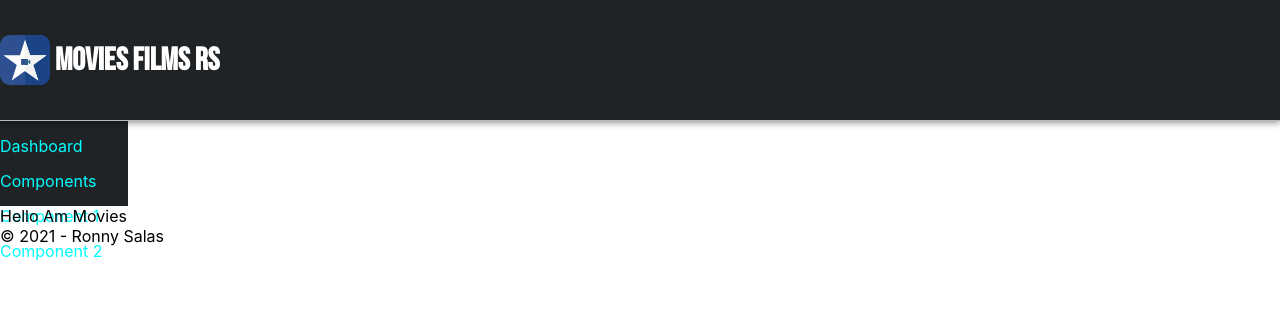
Repository: ronnysalas459/assigment-2
Page: /
The author's editor kept a copy of each file at every save. The page is drawn from the files as they stood at one save, then again after the next save.
The browser window is 1280 px wide. The pictures show the whole page.
The page's requests for data from a server got no answer. The project was rebuilt for these pictures with package versions that can differ from the ones it lists, and the page was loaded fresh each time. No one was signed in, and anything a server would have sent is missing. Also part of the build but not shown: src/contexts/DetailsContext.js, src/components/Details/index.js, src/components/NotFound/index.js.

Above is the page before, as saved 2021-08-29 20:07:12.

After the next save:
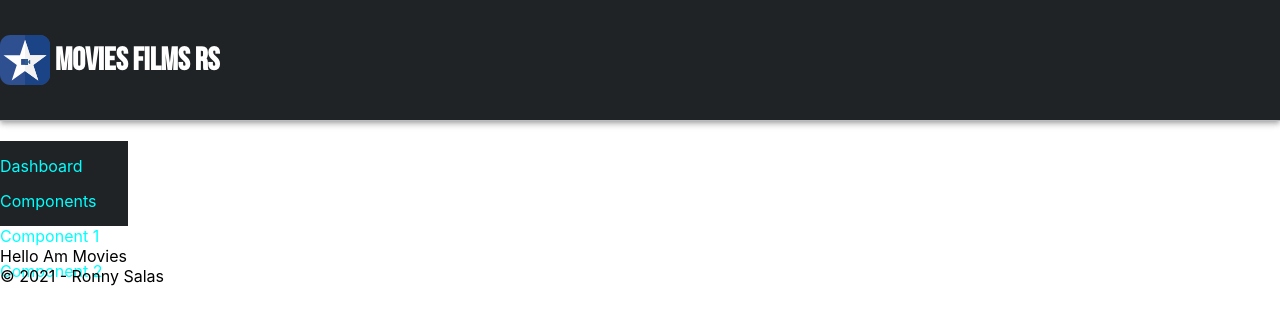
Saved 22 s later.
--- a/src/assets/css/styles.css
+++ b/src/assets/css/styles.css
@@ -76,7 +76,12 @@
 .logo-container h1 {
   color: aqua;
 }
-
+.content{
+  display:flex;
+  justify-content:space-between;
+  padding-top: 20px;
+  padding-bottom: 20px;
+}
 .sidebar {
   display: flex;
   color: aqua;
